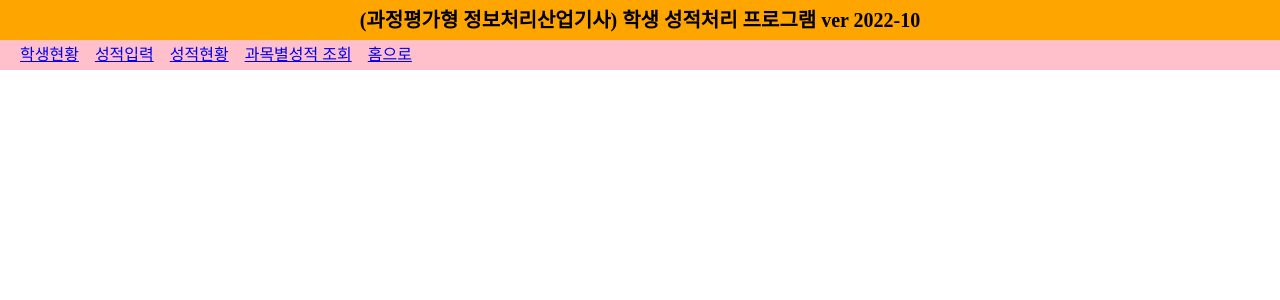
Repository: wjdwlgns1101/school_hrd
Page: http://localhost/school_30111/
The author's editor kept a copy of each file at every save. The page is drawn from the files as they stood at one save, then again after the next save.
The browser window is 1280 px wide. The pictures show the whole page.
The page is served by Tomcat 9.

Above is the page before, as saved 2024-04-29 07:02:34.

### hrd_30111_school2 완성/school_30111/src/main/webapp/index.jsp
<%@ page language="java" contentType="text/html; charset=EUC-KR"
    pageEncoding="EUC-KR"%>
<!DOCTYPE html>
<html>
<head>
<meta charset="EUC-KR">
<title>Insert title here</title>
</head>
<body>
<jsp:include page="header.jsp"></jsp:include>

<section style="position: fiexd; background-color: gray; width: 100%; top: 70px; height: 100%; left: 0;">


</section>


<jsp:include page="footer.jsp"></jsp:include>
</body>
</html>

### hrd_30111_school2 완성/school_30111/src/main/webapp/header.jsp
<%@ page language="java" contentType="text/html; charset=EUC-KR"
    pageEncoding="EUC-KR"%>
<!DOCTYPE html>
<html>
<head>
<meta charset="EUC-KR">
<title>Insert title here</title>
</head>
<body>
<header style="position:fixed; width: 100%; top:0; height:40px; left:0; background: orange; text-align: center; line-height: 40px; font-size: 20px">
	<b> (과정평가형 정보처리산업기사) 학생 성적처리 프로그램 ver 2022-10 </b>
</header>
<nav style=" position:fixed; width: 100%; padding-left:20px; top: 40px; line-height:30px; left:0;  background: pink;">
	<a href="#">학생현황</a> &nbsp;&nbsp;
	<a href="#">성적입력</a> &nbsp;&nbsp;
	<a href="#">성적현황</a> &nbsp;&nbsp;
	<a href="#">과목별성적 조회</a> &nbsp;&nbsp;
	<a href="index.jsp">홈으로</a>
</nav>

</body>
</html>

### hrd_30111_school2 완성/school_30111/src/main/webapp/footer.jsp
<%@ page language="java" contentType="text/html; charset=EUC-KR"
    pageEncoding="EUC-KR"%>
<!DOCTYPE html>
<html>
<head>
<meta charset="EUC-KR">
<title>Insert title here</title>
</head>
<body>


</body>
</html>

After the next save:
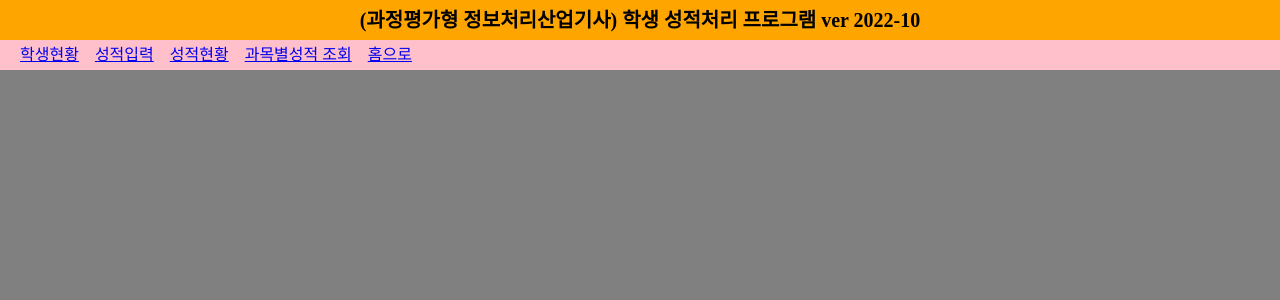
Saved 13 s later.
--- a/hrd_30111_school2 완성/school_30111/src/main/webapp/index.jsp
+++ b/hrd_30111_school2 완성/school_30111/src/main/webapp/index.jsp
@@ -9,7 +9,7 @@
 <body>
 <jsp:include page="header.jsp"></jsp:include>
 
-<section style="position: fiexd; background-color: gray; width: 100%; top: 70px; height: 100%; left: 0;">
+<section style="position: fixed; background-color: gray; width: 100%; top: 70px; height: 100%; left: 0;">
 
 
 </section>
